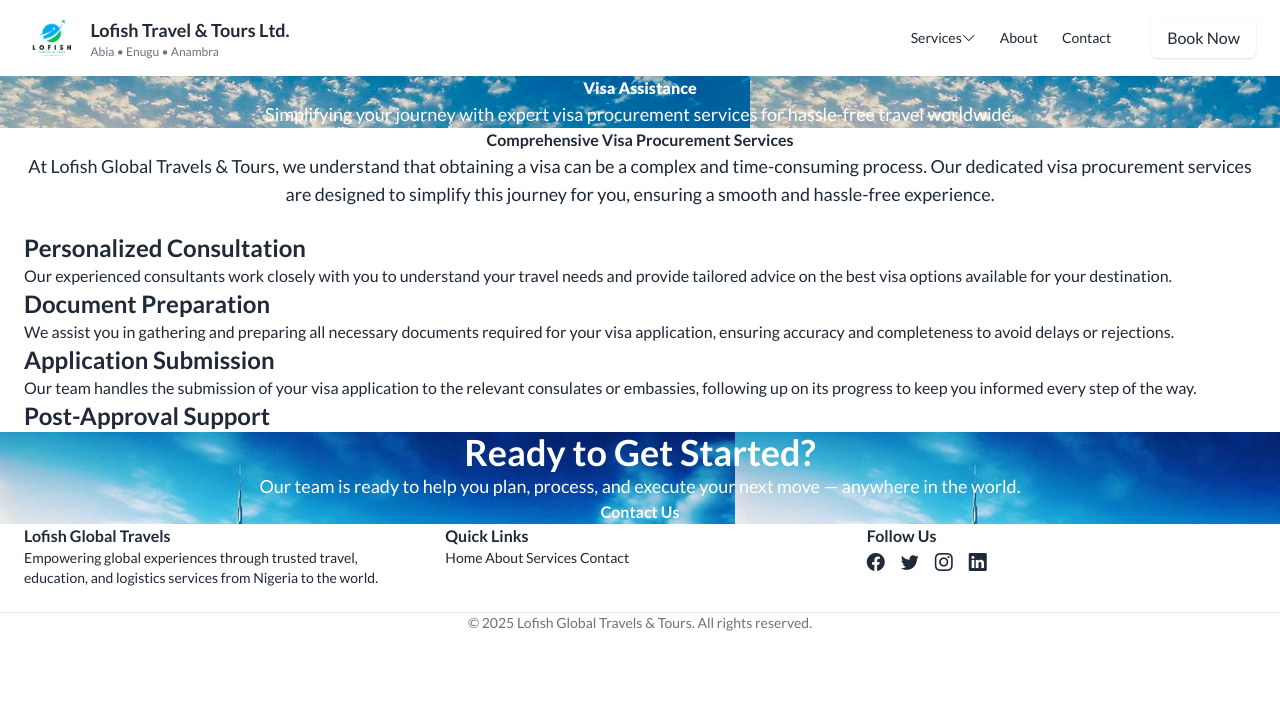
Repository: PhantomMiles/Lofish-Travels-and-Tours
Page: visa.html
The author's editor kept a copy of each file at every save. The page is drawn from the files as they stood at one save, then again after a run of saves.
The browser window is 1280 px wide. The pictures show the whole page.

Above is the page before, as saved 2025-11-14 12:32:39.

### visa.html
<!DOCTYPE html>
<html lang="en">

<head>
  <meta charset="UTF-8" />
  <meta name="viewport" content="width=device-width, initial-scale=1.0" />
  <title>Our Services | Lofish Global Travels & Tours</title>

  <link rel="icon" type="image/png" href="img/logo_lofish.png" />
  <link rel="stylesheet" href="css/main.css">
  <link rel="stylesheet" href="node_modules/bootstrap-icons/font/bootstrap-icons.min.css">
  <link rel="preconnect" href="https://fonts.googleapis.com">
  <link rel="preconnect" href="https://fonts.gstatic.com" crossorigin>
  <link href="https://fonts.googleapis.com/css2?family=Lato:wght@300;400;700;900&display=swap" rel="stylesheet">
  <link rel="stylesheet" href="https://cdn.jsdelivr.net/npm/bootstrap-icons@1.11.3/font/bootstrap-icons.css">
  <style>
    /* small helper to keep font consistent */
    body { font-family: 'Lato', system-ui, -apple-system, "Segoe UI", Roboto, "Helvetica Neue", Arial; };
  </style>
</head>

<body class="antialiased text-gray-800 bg-teal-500/5">


  <!-- ========================================================= -->
  <!-- HEADER (EXACT COPY FROM ABOUT.HTML) -->
  <!-- ========================================================= -->
  <header class="sticky top-0 z-50 w-full bg-white shadow-sm">
    <div class="flex items-center justify-between px-6 py-4 mx-auto max-w-7xl">
        <a class="flex items-center gap-3" href="index.html">
        <img src="img/logo_lofish.png" alt="Lofish logo" class="object-contain h-10 rounded-md w-14" />
        <div>
            <h1 class="text-lg font-semibold">Lofish Travel &amp; Tours Ltd.</h1>
            <p class="text-xs text-gray-500">Abia • Enugu • Anambra</p>
        </div>
        </a>

        <!-- Desktop nav -->
        <nav class="items-center hidden gap-6 md:flex">
        <!-- Services dropdown (desktop) -->
        <div class="relative" id="servicesDropdownWrapper">
            <button id="servicesBtn" aria-expanded="false" class="flex items-center gap-2 py-1 text-sm font-medium text-gray-700  focus:outline-none group">
            Services
            <i class="bi bi-chevron-down"></i>
            <span class="absolute left-0 bottom-0 h-0.5 bg-teal-500 transition-all duration-300 w-full"></span>
            </button>

            <!-- dropdown panel -->
            <div id="servicesDropdown" class="absolute right-0 invisible w-56 mt-2 transition-all origin-top-right transform scale-95 bg-white rounded-md shadow-lg opacity-0 pointer-events-none ring-1 ring-black ring-opacity-5">
            <div class="py-2">
                <a href="visa.html" class="block px-4 py-2 text-sm text-gray-700 hover:bg-teal-700/10">Visa Procurement</a>
                <a href="flights.html" class="block px-4 py-2 text-sm text-gray-700 hover:bg-teal-700/10">Flight Ticketing</a>
                <a href="hotels.html" class="block px-4 py-2 text-sm text-gray-700 hover:bg-teal-700/10">Hotel Reservations</a>
                <a href="freight.html" class="block px-4 py-2 text-sm text-gray-700 hover:bg-teal-700/10">Freight &amp; Customs</a>
            </div>
            </div>
        </div>

        <a href="about.html" class="relative block py-1 mb-2 text-sm font-medium text-gray-700 transition-all duration-500 cursor-pointer md:mb-0 lg:text-left group">About
            <span class="absolute left-0 bottom-0 w-0 h-0.5 bg-teal-500 transition-all duration-300 group-hover:w-full"></span>
        </a>
        <a href="contact.html" class="relative block py-1 mb-2 text-sm font-medium text-gray-700 transition-all duration-500 cursor-pointer  md:mb-0 lg:text-left group">Contact
            <span class="absolute left-0 bottom-0 w-0 h-0.5 bg-teal-500 transition-all duration-300 group-hover:w-full"></span>
        </a>

        <button id="bookBtn" class="px-4 py-2 ml-4 font-medium text-black transition rounded-md shadow bg-gold hover:brightness-95">Book Now</button>
        </nav>

        <!-- Mobile toggle -->
        <div class="flex items-center gap-2 md:hidden">
        <button id="bookBtnMobile" class="px-3 py-2 text-sm font-medium text-black rounded-md bg-gold">Book</button>
        <button id="menuBtn" aria-expanded="false" class="p-2 border rounded-md">
            <svg xmlns="http://www.w3.org/2000/svg" class="w-6 h-6" fill="none" viewBox="0 0 24 24" stroke="currentColor" aria-hidden="true">
            <path stroke-linecap="round" stroke-linejoin="round" stroke-width="2" d="M4 6h16M4 12h16M4 18h16" />
            </svg>
        </button>
        </div>
    </div>

    <!-- Mobile menu (collapsible) -->
    <div id="mobileMenu" class="hidden border-t md:hidden">
        <div class="px-4 py-4 space-y-3">
        <!-- Services with collapsible submenu -->
        <div class="space-y-1">
            <button id="mobileServicesBtn" aria-expanded="false" class="flex items-center justify-between w-full px-3 py-2 text-left rounded-md hover:bg-royalBlue/5">
            <span class="font-medium">Services</span>
            <svg class="w-4 h-4 text-gray-600" viewBox="0 0 24 24" fill="none" stroke="currentColor"><path stroke-linecap="round" stroke-linejoin="round" stroke-width="2" d="M19 9l-7 7-7-7"/></svg>
            </button>
            <div id="mobileServicesPanel" class="hidden pl-4 space-y-1">
            <a href="visa.html" class="block px-3 py-2 text-sm rounded-md hover:bg-royalBlue/5">Visa Procurement</a>
            <a href="flights.html" class="block px-3 py-2 text-sm rounded-md hover:bg-royalBlue/5">Flight Ticketing</a>
            <a href="hotels.html" class="block px-3 py-2 text-sm rounded-md hover:bg-royalBlue/5">Hotel Reservations</a>
            <a href="freight.html" class="block px-3 py-2 text-sm rounded-md hover:bg-royalBlue/5">Freight &amp; Customs</a>
            </div>
        </div>

        <a href="about.html" class="block px-3 py-2 rounded-md hover:bg-royalBlue/5">About</a>
        <a href="contact.html" class="block px-3 py-2 rounded-md hover:bg-royalBlue/5">Contact</a>
        </div>
    </div>
  </header>

  <!-- ========================================================= -->
  <!-- HERO SECTION -->
  <!-- ========================================================= -->
  <section class="relative overflow-hidden  bg-no-repeat bg-fixed bg-cover bg-center py-28" style="background-image:url('./img/services-hero.jpg');">
    <div class="absolute inset-0 bg-black/50"></div>
    <div class="relative z-10 max-w-4xl px-6 mx-auto text-center text-white">
      <h1 class="mb-4 text-5xl font-extrabold">Visa Assistance</h1>
      <p class="text-lg text-gray-200">
        Simplifying your journey with expert visa procurement services for hassle-free travel worldwide.
      </p>
    </div>
  </section>

  <!-- ========================================================= -->
    <!-- MAIN CONTENT -->
    <section class="max-w-5xl px-6 py-16 mx-auto">
      <h2 class="mb-6 text-3xl font-bold text-center">Comprehensive Visa Procurement Services</h2>
      <p class="mb-6 text-lg text-center text-gray-700">
        At Lofish Global Travels & Tours, we understand that obtaining a visa can be a complex and time-consuming process. Our dedicated visa procurement services are designed to simplify this journey for you, ensuring a smooth and hassle-free experience.
      </p>

      <article class="mb-8">
        <h3 class="mb-4 text-2xl font-semibold">Personalized Consultation</h3>
        <p class="text-gray-700">
          Our experienced consultants work closely with you to understand your travel needs and provide tailored advice on the best visa options available for your destination.
        </p>
      </article>

      <article class="mb-8">
        <h3 class="mb-4 text-2xl font-semibold">Document Preparation</h3>
        <p class="text-gray-700">
          We assist you in gathering and preparing all necessary documents required for your visa application, ensuring accuracy and completeness to avoid delays or rejections.
        </p>
      </article>

      <article class="mb-8">
        <h3 class="mb-4 text-2xl font-semibold">Application Submission</h3>
        <p class="text-gray-700">
          Our team handles the submission of your visa application to the relevant consulates or embassies, following up on its progress to keep you informed every step of the way.
        </p>
      </article>

      <article>
        <h3 class="mb-4 text-2xl font-semibold">Post-Approval Support</h3>
        <p class="text-gray-700">
          Once your visa is approved, we provide guidance on travel arrangements and any additional requirements, ensuring you are fully prepared for your journey.
        </p>
      </article>

    </section>

    <!-- ========================================================= -->
    <!--  -->
    <section >

    </section>

    <!-- CTA SECTION -->
    <!-- ========================================================= -->
  <section class="relative py-20 text-center text-white bg-fixed bg-center bg-cover"
    style="background-image:url('./img/cta.jpg');">
    <div class="absolute inset-0 bg-black/70"></div>

    <div class="relative z-10 max-w-3xl mx-auto px-6">
      <h2 class="text-4xl font-bold mb-4">Ready to Get Started?</h2>
      <p class="text-lg text-blue-100 mb-6">
        Our team is ready to help you plan, process, and execute your next move — anywhere in the world.
      </p>

      <a href="contact.html"
        class="px-8 py-3 font-semibold text-black bg-gold rounded-md hover:bg-yellow-400 transition">
        Contact Us
      </a>
    </div>
  </section>



  <!-- ========================================================= -->
  <!-- FOOTER (EXACT COPY FROM ABOUT PAGE) -->
  <!-- ========================================================= -->
  <footer class="py-10 text-gray-300 bg-gray-900">
    <div class="grid gap-8 px-6 mx-auto max-w-7xl md:grid-cols-3">
      <div>
        <h3 class="mb-4 text-xl font-bold text-gold">Lofish Global Travels</h3>
        <p class="text-sm text-gray-400">
          Empowering global experiences through trusted travel, education, and logistics services from Nigeria to the world.
        </p>
      </div>

      <div>
        <h3 class="mb-4 text-xl font-bold text-gold">Quick Links</h3>
        <div class="space-x-4 space-y-4 text-sm">
          <a href="index.html" class="hover:text-gold">Home</a>
          <a href="about.html" class="hover:text-gold">About</a>
          <a href="services.html" class="hover:text-gold">Services</a>
          <a href="contact.html" class="hover:text-gold">Contact</a>
        </div>
      </div>

      <div>
        <h3 class="mb-4 text-xl font-bold text-gold">Follow Us</h3>
        <div class="flex space-x-4 gap-4 text-lg">
          <a href="#" class="hover:text-gold"><i class="bi bi-facebook"></i></a>
          <a href="#" class="hover:text-gold"><i class="bi bi-twitter"></i></a>
          <a href="#" class="hover:text-gold"><i class="bi bi-instagram"></i></a>
          <a href="#" class="hover:text-gold"><i class="bi bi-linkedin"></i></a>
        </div>
      </div>
    </div>

    <hr class="mx-auto mt-6 w-[95%]">
    <div class="mt-10 text-sm text-center text-gray-500">
      © 2025 Lofish Global Travels & Tours. All rights reserved.
    </div>
  </footer>



  <!-- ========================================================= -->
  <!-- SCRIPTS (EXACT COPY FROM ABOUT PAGE) -->
  <!-- ========================================================= -->
  <script>
    // Header toggles
    const menuBtn = document.getElementById('menuBtn');
    const mobileMenu = document.getElementById('mobileMenu');
    const bookBtn = document.getElementById('bookBtn');
    const bookBtnMobile = document.getElementById('bookBtnMobile');
    const bookingModal = document.getElementById('bookingModal');
    const closeModal = document.getElementById('closeModal');
    const modalCancel = document.getElementById('modalCancel');

    menuBtn?.addEventListener('click', () => {
      const expanded = menuBtn.getAttribute('aria-expanded') === 'true';
      menuBtn.setAttribute('aria-expanded', String(!expanded));
      mobileMenu.classList.toggle('hidden');
    });

    // Desktop Services dropdown
    const servicesBtn = document.getElementById('servicesBtn');
    const servicesDropdown = document.getElementById('servicesDropdown');
    const servicesWrapper = document.getElementById('servicesDropdownWrapper');

    function openServices() {
      servicesDropdown.classList.remove('invisible', 'opacity-0', 'pointer-events-none', 'scale-95');
      servicesDropdown.classList.add('visible', 'opacity-100', 'pointer-events-auto', 'scale-100');
      servicesBtn.setAttribute('aria-expanded', 'true');
    }
    function closeServices() {
      servicesDropdown.classList.add('invisible', 'opacity-0', 'pointer-events-none', 'scale-95');
      servicesDropdown.classList.remove('visible', 'opacity-100', 'pointer-events-auto', 'scale-100');
      servicesBtn.setAttribute('aria-expanded', 'false');
    }

    servicesBtn?.addEventListener('click', (e) => {
      e.stopPropagation();
      const expanded = servicesBtn.getAttribute('aria-expanded') === 'true';
      if (expanded) closeServices();
      else openServices();
    });

    document.addEventListener('click', (e) => {
      if (!servicesWrapper.contains(e.target)) closeServices();
    });

    const mobileServicesBtn = document.getElementById('mobileServicesBtn');
    const mobileServicesPanel = document.getElementById('mobileServicesPanel');
    mobileServicesBtn?.addEventListener('click', () => {
      const expanded = mobileServicesBtn.getAttribute('aria-expanded') === 'true';
      mobileServicesBtn.setAttribute('aria-expanded', String(!expanded));
      mobileServicesPanel.classList.toggle('hidden');
    });

    // Booking modal
    ;[bookBtn, bookBtnMobile].forEach(b => b?.addEventListener('click', () => {
      bookingModal.classList.remove('hidden');
      bookingModal.querySelector('input')?.focus();
    }));
    closeModal?.addEventListener('click', () => bookingModal.classList.add('hidden'));
    modalCancel?.addEventListener('click', () => bookingModal.classList.add('hidden'));
    bookingModal?.addEventListener('click', (e) => {
      if (e.target === bookingModal) bookingModal.classList.add('hidden');
    });

    // Reveal animation
    const obs = new IntersectionObserver((entries) => {
      entries.forEach(e => {
        if (e.isIntersecting) e.target.classList.add('opacity-100', 'translate-y-0');
      });
    }, {
      threshold: 0.15
    });

    document.querySelectorAll('article, section > .p-6').forEach(el => {
      el.classList.add('opacity-0', 'translate-y-6', 'transition', 'duration-700');
      obs.observe(el);
    });
  </script>

</body>

</html>

Loaded but not shown: node_modules/bootstrap-icons/font/bootstrap-icons.min.css (library); css/main.css (1069 lines, source omitted)

After the next 2 saves:
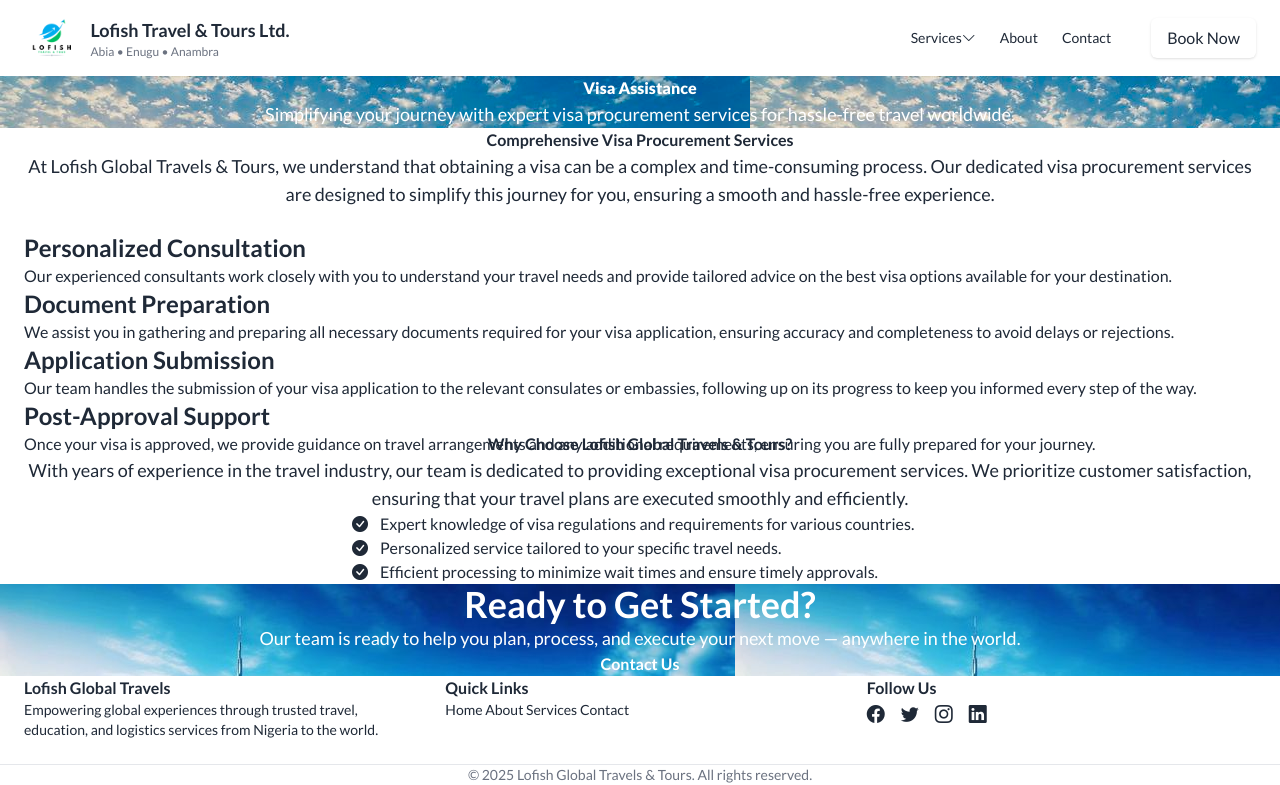
The 2 saves are shown as one change because they came seconds apart.
The last was saved 8 s later.
--- a/visa.html
+++ b/visa.html
@@ -153,7 +153,24 @@
 
     <!-- ========================================================= -->
     <!--  -->
-    <section >
+    <section class="bg-gray-100 py-16">
+      <div class="max-w-5xl px-6 mx-auto text-center">
+        <h2 class="mb-6 text-3xl font-bold">Why Choose Lofish Global Travels & Tours?</h2>
+        <p class="mb-6 text-lg text-gray-700">
+          With years of experience in the travel industry, our team is dedicated to providing exceptional visa procurement services. We prioritize customer satisfaction, ensuring that your travel plans are executed smoothly and efficiently.
+        </p>
+        <ul class="max-w-xl mx-auto space-y-4 text-left text-gray-700">
+          <li class="flex items-start gap-3">
+            <i class="bi bi-check-circle-fill text-teal-500 mt-1"></i>
+            <span>Expert knowledge of visa regulations and requirements for various countries.</span>
+          </li>
+          <li class="flex items-start gap-3">
+            <i class="bi bi-check-circle-fill text-teal-500 mt-1"></i>
+            <span>Personalized service tailored to your specific travel needs.</span>
+          </li>
+          <li class="flex items-start gap-3">
+            <i class="bi bi-check-circle-fill text-teal-500 mt-1"></i>
+            <span>Efficient processing to minimize wait times and ensure timely approvals.</span>
 
     </section>
 

After the 4 saves that followed:
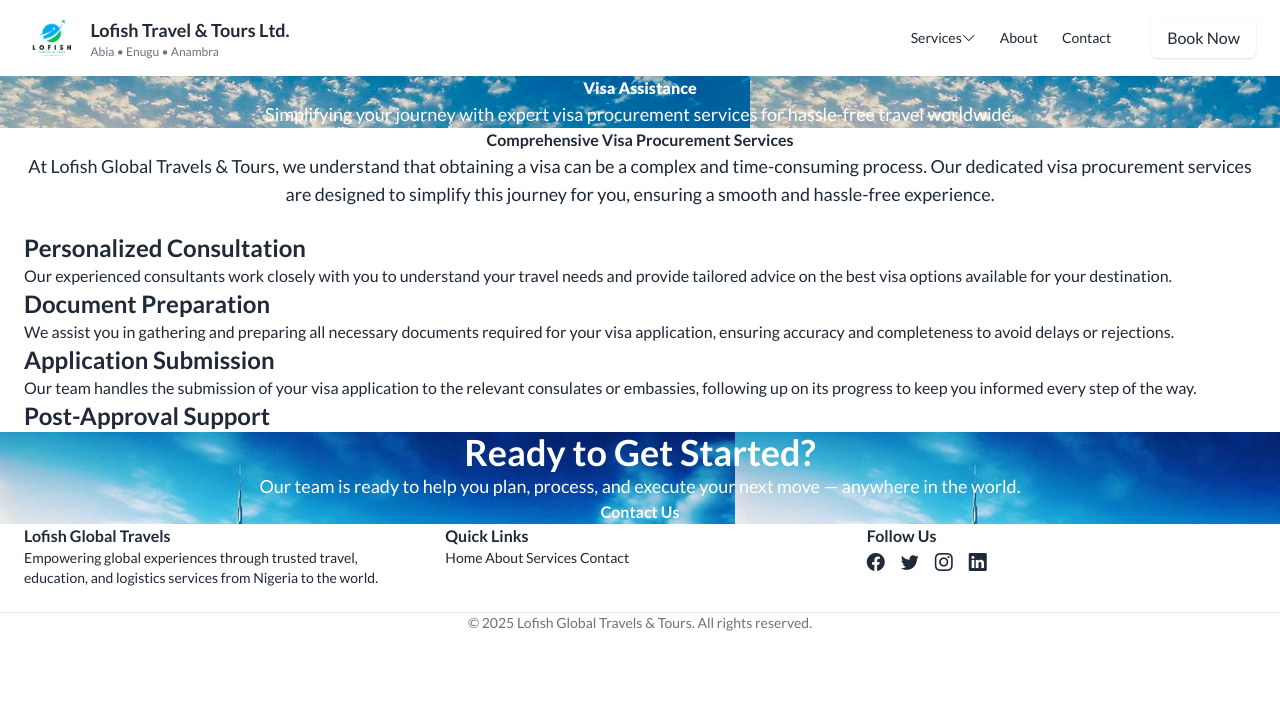
The 4 saves are shown as one change because 1 left the picture as it was and some came seconds apart.
The last was saved 24 s later.
--- a/visa.html
+++ b/visa.html
@@ -152,27 +152,7 @@
     </section>
 
     <!-- ========================================================= -->
-    <!--  -->
-    <section class="bg-gray-100 py-16">
-      <div class="max-w-5xl px-6 mx-auto text-center">
-        <h2 class="mb-6 text-3xl font-bold">Why Choose Lofish Global Travels & Tours?</h2>
-        <p class="mb-6 text-lg text-gray-700">
-          With years of experience in the travel industry, our team is dedicated to providing exceptional visa procurement services. We prioritize customer satisfaction, ensuring that your travel plans are executed smoothly and efficiently.
-        </p>
-        <ul class="max-w-xl mx-auto space-y-4 text-left text-gray-700">
-          <li class="flex items-start gap-3">
-            <i class="bi bi-check-circle-fill text-teal-500 mt-1"></i>
-            <span>Expert knowledge of visa regulations and requirements for various countries.</span>
-          </li>
-          <li class="flex items-start gap-3">
-            <i class="bi bi-check-circle-fill text-teal-500 mt-1"></i>
-            <span>Personalized service tailored to your specific travel needs.</span>
-          </li>
-          <li class="flex items-start gap-3">
-            <i class="bi bi-check-circle-fill text-teal-500 mt-1"></i>
-            <span>Efficient processing to minimize wait times and ensure timely approvals.</span>
-
-    </section>
+
 
     <!-- CTA SECTION -->
     <!-- ========================================================= -->
